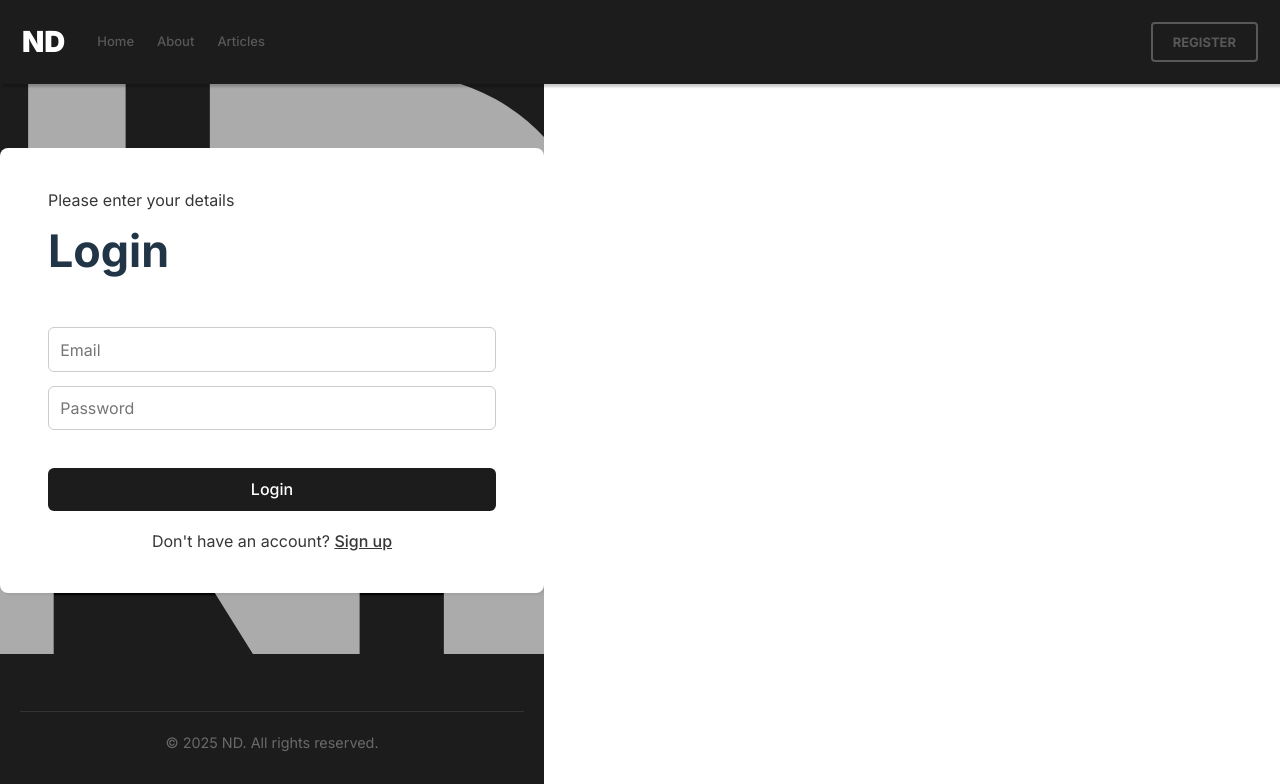
Repository: neomdavid/advancedwebprogramming
Page: /login
The author's editor kept a copy of each file at every save. The page is drawn from the files as they stood at one save, then again after the next save.
The browser window is 1280 px wide. The pictures show the whole page.
The project was rebuilt for these pictures with package versions that can differ from the ones it lists, and the page was loaded fresh each time. Also part of the build but not shown: vite.config.js, src/styles/AboutPage.css, src/pages/AboutPAge.jsx, src/styles/ArticleList.css, src/article-content.js, src/components/ArticleList.jsx, src/pages/ArticleListPage.jsx, src/styles/ArticlePage.css and 7 more.

Above is the page before, as saved 2025-04-22 09:09:08.

After the next save:
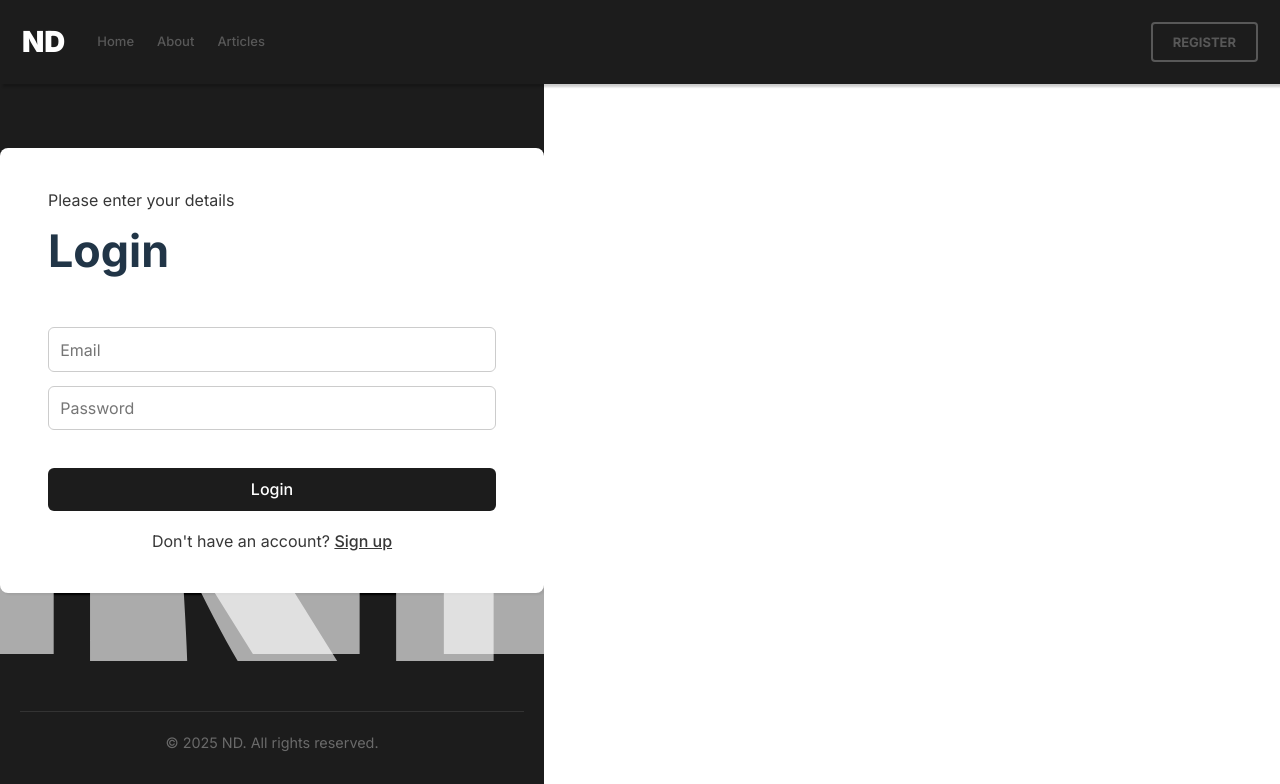
Saved 52 s later.
--- a/src/styles/LoginPage.css
+++ b/src/styles/LoginPage.css
@@ -86,8 +86,6 @@
 .card-bg-2 {
   position: absolute;
   z-index: -1;
-  top: -16rem;
-  left: -20rem;
 }
 .card-bg-2 p {
   font-size: 40rem;

After the save that followed:
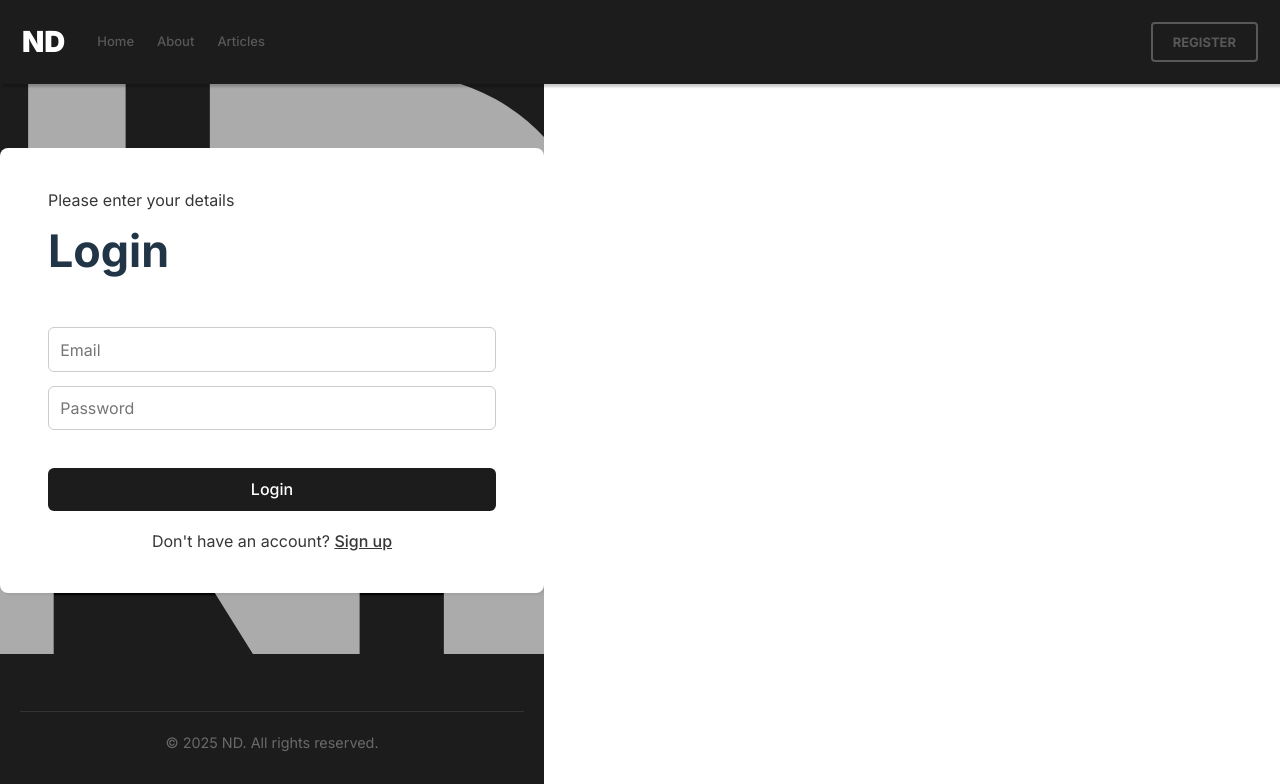
Saved 4 s later.
--- a/src/styles/LoginPage.css
+++ b/src/styles/LoginPage.css
@@ -86,6 +86,8 @@
 .card-bg-2 {
   position: absolute;
   z-index: -1;
+  top: -16rem;
+  left: -20rem;
 }
 .card-bg-2 p {
   font-size: 40rem;
